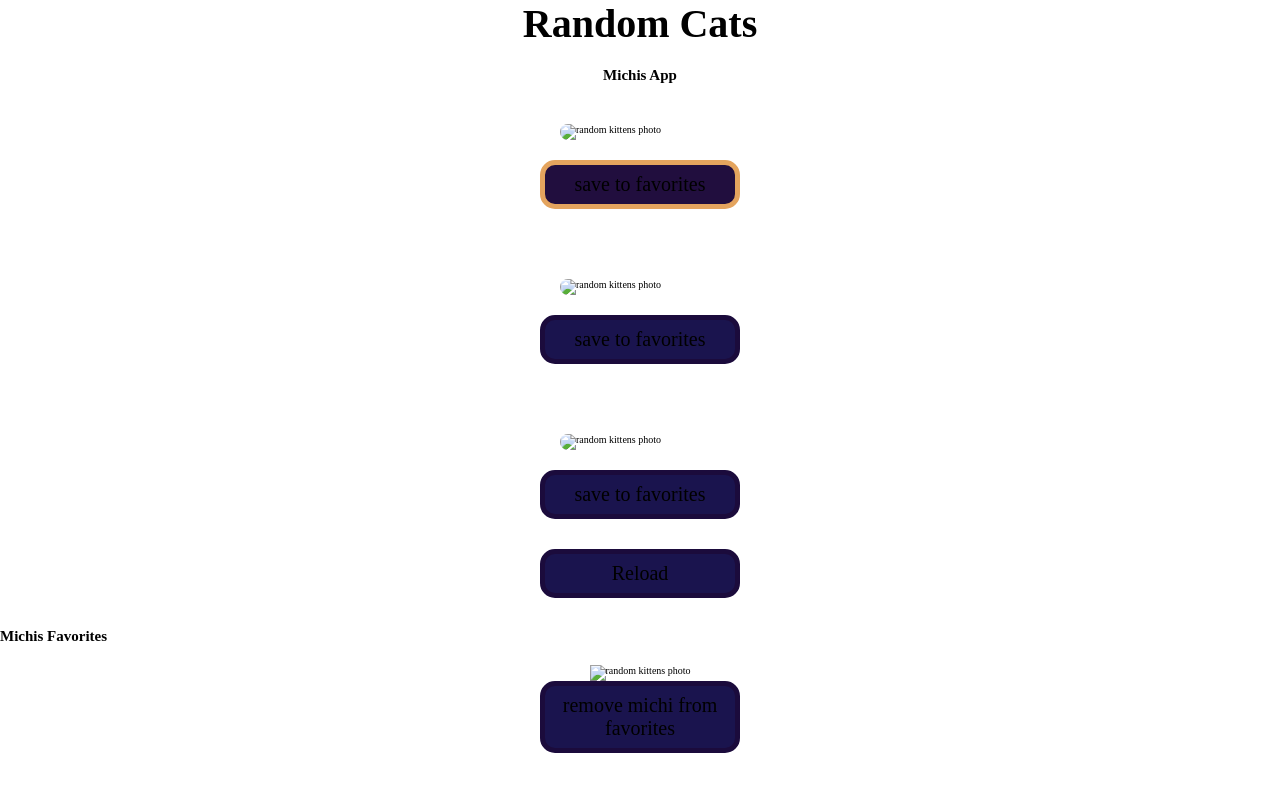
Repository: elto82/ConsumoAPIRESTjs
Page: index.html
The author's editor kept a copy of each file at every save. The page is drawn from the files as they stood at one save, then again after the next save.
The browser window is 1280 px wide. The pictures show the whole page.
The pointer rests on the first visible `.random-cat-button`.
The page's requests for data from a server got no answer.

Above is the page before, as saved 2022-07-02 20:46:39.

### index.html
<!DOCTYPE html>
<html lang="en">

<head>
  <meta charset="UTF-8">
  <meta http-equiv="X-UA-Compatible" content="IE=edge">
  <meta name="viewport" content="width=device-width, initial-scale=1.0">
  <title>Random Cats</title>
  <link rel="stylesheet" href="style.css">
</head>

<body>
  <header>
    <h1>Random Cats</h1>
  </header>
  <section id="randomMichis" class="container">
    <h2>Michis App</h2>
    <article>
      <img id="img1" alt="random kittens photo" class="image">
      <button class="random-cat-button" onclick="reload()">save to favorites</button>
    </article>
    <article>
      <img id="img2" alt="random kittens photo" class="image">
      <button class="random-cat-button" onclick="reload()">save to favorites</button>
    </article>
    <article>
      <img id="img3" alt="random kittens photo" class="image">
      <button class="random-cat-button" onclick="reload()">save to favorites</button>
    </article>
    <button class="random-cat-button" onclick="reload()">Reload</button>
  </section>
  <section id="favoritesMichis">
    <h2>Michis Favorites</h2>
    <article>
      <img id="img3" alt="random kittens photo" class="image">
      <button class="random-cat-button" onclick="reload()">remove michi from favorites</button>
    </article>
  </section>
  <script src="./main.js"></script>
</body>

</html>

### style.css
* {
  box-sizing: border-box;
  margin: 0px;
  padding: 0px;
}
html {
  font-size: 62.5%;
}
body {
  font-family: 'Square Peg', cursive;
}
header {
  display: flex;
  justify-content: center;
}
h1 {
  font-size: 4rem;
}
article{
  display: flex;
  flex-direction: column;
  justify-content: center;
  place-items: center;
  padding: 20px;
}
.container {
  display: flex;
  flex-direction: column;
  justify-content: center;
  place-items: center;
  padding: 20px;
}
.container .image {
  border-radius: 20px;
  margin: 20px;
  width: 80%;
  height: auto;
}
.random-cat-button {
  align-items: center;
  background-color: rgb(26, 20, 78);
  border: 5px solid rgb(27, 11, 60);
  border-radius: 15px;
  cursor: pointer;
  font-family: 'Pacifico', cursive;
  font-size: 2rem;
  padding: 0.8rem;
  width: 20rem;
  height: auto;
  margin-bottom: 1rem;
}
.random-cat-button:hover {
  border: 5px solid rgb(228, 164, 94);
  background-color: rgb(33, 14, 62);
}

### main.js
/*--------------------------------------------- endpoint
const API_URL = "https://api.thecatapi.com/v1/images/search"; */
/* --------------------------------------------------------query parameters */
const API_URL = "https://api.thecatapi.com/v1/images/search?limit=3&api_key=11fb4c78-96c8-403c-b282-b8c4d38b4b60";

async function reload() {
  const res = await fetch(API_URL);
  const data = await res.json();

  console.log(data);
  const img1 = document.getElementById("img1");
  const img2 = document.getElementById("img2");
  const img3 = document.getElementById("img3");

  img1.src = data[0].url;
  img2.src = data[1].url;
  img3.src = data[2].url;
}
reload();

After the next save:
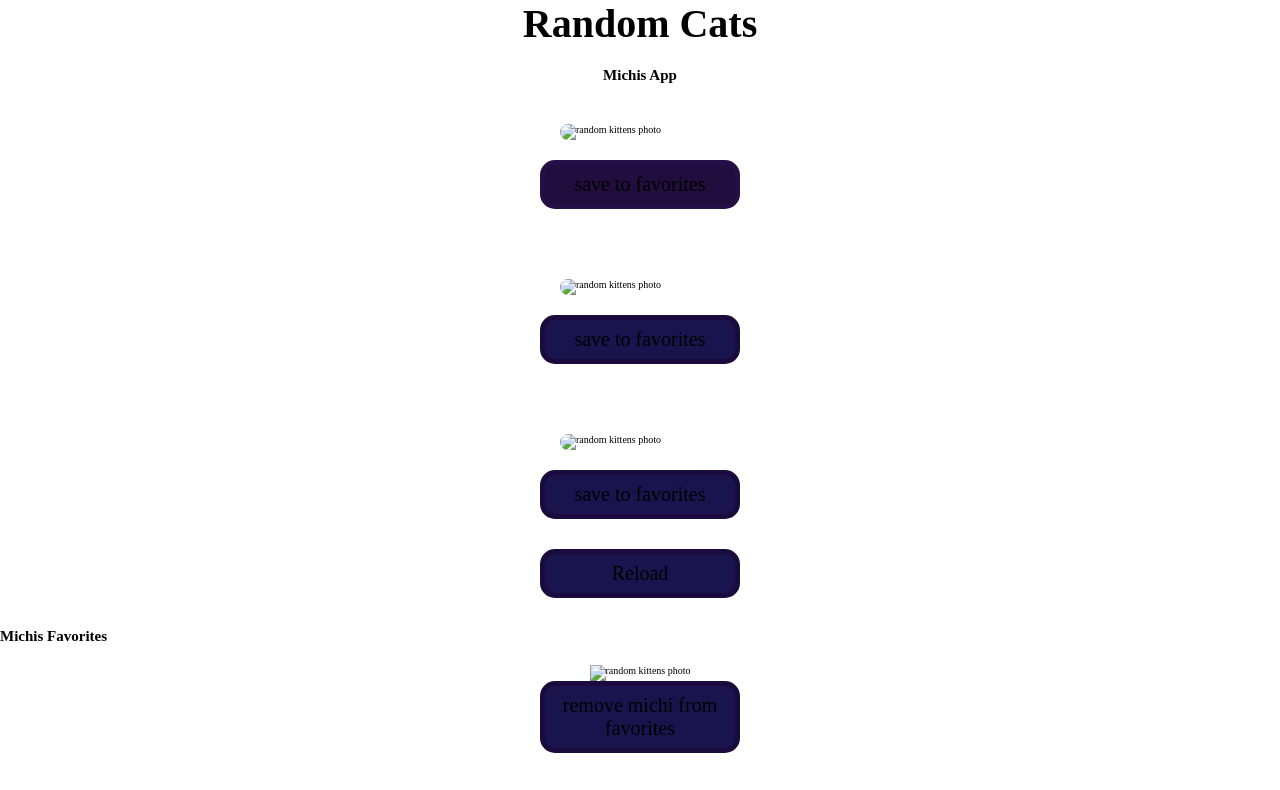
Saved 12 s later.
--- a/style.css
+++ b/style.css
@@ -50,6 +50,6 @@ article{
   margin-bottom: 1rem;
 }
 .random-cat-button:hover {
-  border: 5px solid rgb(228, 164, 94);
+  border: 5px solid rgb(36, 16, 71);
   background-color: rgb(33, 14, 62);
 }
